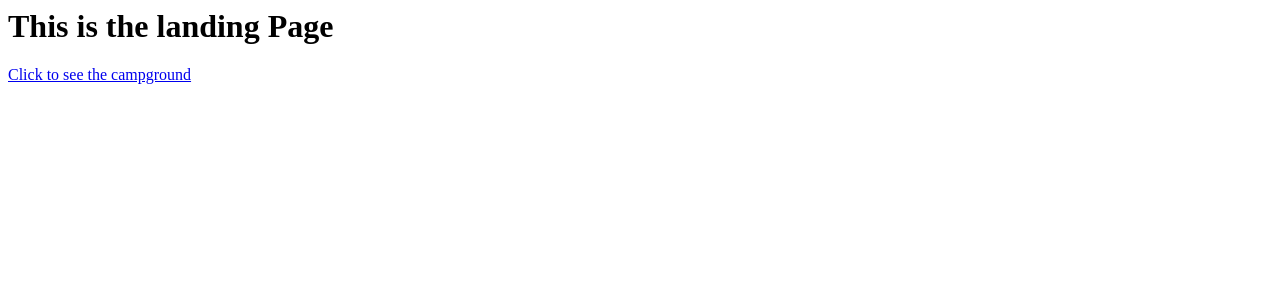
Repository: nittoorp/Web-Developement
Page: http://localhost/
The author's editor kept a record of every edit. The page is drawn from the files as they stood at one moment, then again after the next edit.
The browser window is 1280 px wide. The pictures show the whole page.
The page is served by the project's Node server (YelpCamp/v1/app.js).

Above is the page before.

### YelpCamp/v1/views/startPage.ejs
<h1>This is the landing Page</h1>

<a href="/campground">Click to see the campground</a>

<%- include("partials/footer") %>

### YelpCamp/v1/views/partials/footer.ejs


  </body>
</html>

### YelpCamp/v1/app.js
var express = require("express");
var app = express();
var bodyParser = require('body-parser');
app.use(bodyParser.urlencoded({extended:true}));


var campgrounds =[
                        {
                            'name' : 'Tosh Valley 1',
                            'image':'https://www.photosforclass.com/download/pixabay-4756774?webUrl=https%3A%2F%2Fpixabay.com%2Fget%2F52e7d0454d55a814f6da8c7dda793f7f1636dfe2564c704c7d2f78d3974bc35a_960.jpg&user=worldvashemudomu'

                        },
                        {
                            'name' : 'Tosh Valley 2',
                            'image':'https://www.photosforclass.com/download/pixabay-1851092?webUrl=https%3A%2F%2Fpixabay.com%2Fget%2F57e8d0424a5bae14f6da8c7dda793f7f1636dfe2564c704c7d2f78d3974bc35a_960.jpg&user=Pexels'
                        },
                        {
                            'name' : 'Tosh Valley 3',
                            'image':'https://www.photosforclass.com/download/pixabay-4522970?webUrl=https%3A%2F%2Fpixabay.com%2Fget%2F52e5d7414355ac14f6da8c7dda793f7f1636dfe2564c704c7d2f78d3974bc35a_960.jpg&user=Ben_Frieden'
                        },
                        {
                            'name' : 'Tosh Valley 1',
                            'image':'https://www.photosforclass.com/download/pixabay-4756774?webUrl=https%3A%2F%2Fpixabay.com%2Fget%2F52e7d0454d55a814f6da8c7dda793f7f1636dfe2564c704c7d2f78d3974bc35a_960.jpg&user=worldvashemudomu'

                        },
                        {
                            'name' : 'Tosh Valley 2',
                            'image':'https://www.photosforclass.com/download/pixabay-1851092?webUrl=https%3A%2F%2Fpixabay.com%2Fget%2F57e8d0424a5bae14f6da8c7dda793f7f1636dfe2564c704c7d2f78d3974bc35a_960.jpg&user=Pexels'
                        },
                        {
                            'name' : 'Tosh Valley 3',
                            'image':'https://www.photosforclass.com/download/pixabay-4522970?webUrl=https%3A%2F%2Fpixabay.com%2Fget%2F52e5d7414355ac14f6da8c7dda793f7f1636dfe2564c704c7d2f78d3974bc35a_960.jpg&user=Ben_Frieden'
                        },
                        {
                            'name' : 'Tosh Valley 1',
                            'image':'https://www.photosforclass.com/download/pixabay-4756774?webUrl=https%3A%2F%2Fpixabay.com%2Fget%2F52e7d0454d55a814f6da8c7dda793f7f1636dfe2564c704c7d2f78d3974bc35a_960.jpg&user=worldvashemudomu'

                        },
                        {
                            'name' : 'Tosh Valley 2',
                            'image':'https://www.photosforclass.com/download/pixabay-1851092?webUrl=https%3A%2F%2Fpixabay.com%2Fget%2F57e8d0424a5bae14f6da8c7dda793f7f1636dfe2564c704c7d2f78d3974bc35a_960.jpg&user=Pexels'
                        },
                        {
                            'name' : 'Tosh Valley 3',
                            'image':'https://www.photosforclass.com/download/pixabay-4522970?webUrl=https%3A%2F%2Fpixabay.com%2Fget%2F52e5d7414355ac14f6da8c7dda793f7f1636dfe2564c704c7d2f78d3974bc35a_960.jpg&user=Ben_Frieden'
                        }


        ]

app.get("/",function(req,res){

    res.render('startPage.ejs');

})

app.get("/campground",function(req,res){


    res.render('campground.ejs', {campgrounds:campgrounds});

})

app.post("/campground",function(req,res){
    var newCamp ={
        'name':req.body.name,
        'image':req.body.url
    }
    campgrounds.push(newCamp);
    console.log("In the post methods");
    res.redirect("/campground");
})

app.get("/campground/new",function(req,res){


    res.render("new.ejs");

})

app.listen(process.env.PORT,process.env.IP,function(){

    console.log("The Yelp camp server has started!!");

})

### YelpCamp/v1/views/partials/header.ejs
<!DOCTYPE html>
<html>
    <head>

    </head>
   <link rel="stylesheet" href="https://maxcdn.bootstrapcdn.com/bootstrap/3.3.7/css/bootstrap.min.css" integrity="sha384-BVYiiSIFeK1dGmJRAkycuHAHRg32OmUcww7on3RYdg4Va+PmSTsz/K68vbdEjh4u" crossorigin="anonymous">
    <body>
        <nav class="navbar navbar-default">
            <div class="container-fluid">
                <div class="navbar-header">
                    <a class="navbar-brand" href="/">YelpCamp</a>
                </div>



            </div>





        </nav>

After the next edit:
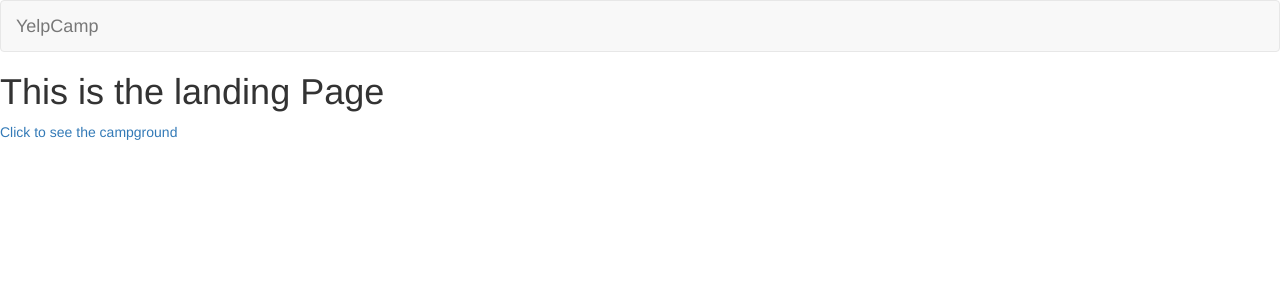
The edit:
--- a/YelpCamp/v1/views/startPage.ejs
+++ b/YelpCamp/v1/views/startPage.ejs
@@ -1,3 +1,5 @@
+<%- include("partials/header") %>
+
 <h1>This is the landing Page</h1>
 
 <a href="/campground">Click to see the campground</a>
